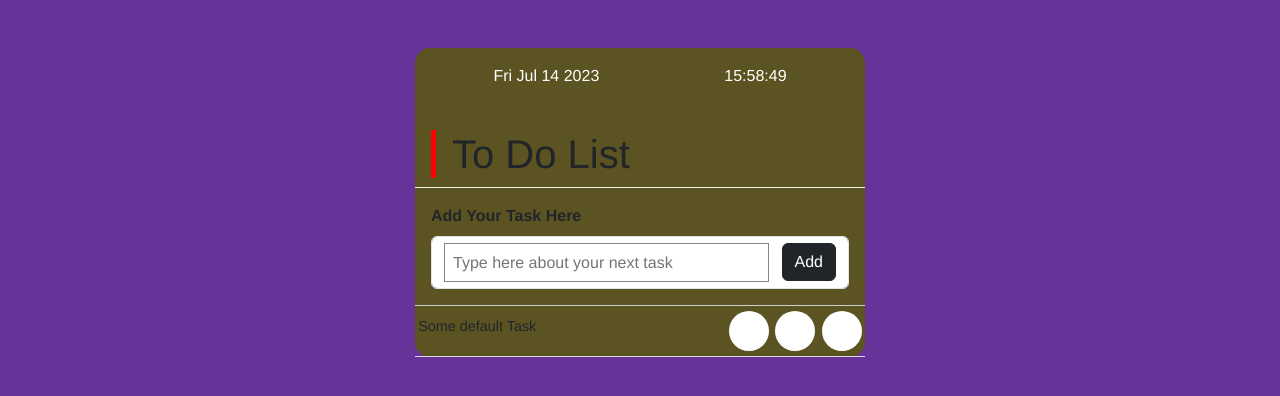
Repository: Passionblaz/TODO
Page: TODO/Untitled-1.html
An editor plug-in stored every save of this project. The page is shown before and after the next save, followed by the edit.
The browser window is 1280 px wide. The pictures show the whole page.

Above is the page before, as saved 2023-07-14 16:12:26.

After the next save:
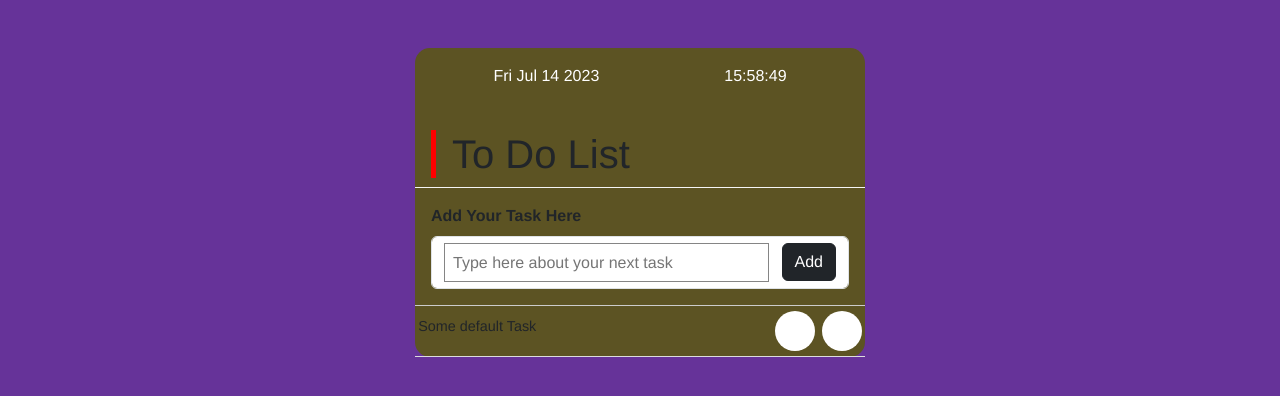
Saved 27 s later.
--- a/TODO/Untitled-1.html
+++ b/TODO/Untitled-1.html
@@ -55,9 +55,7 @@
 <div class="todo-list" id="todo-list">
   <div class="todo">
     <h3>Some default Task</h3>
-    <button class="finished-todo">
-      <i class="fa-solid fa-check"></i>
-    </button>
+
     <button class="edit-todo">
       <i class="fa-solid fa-pen"></i>
     </button>
